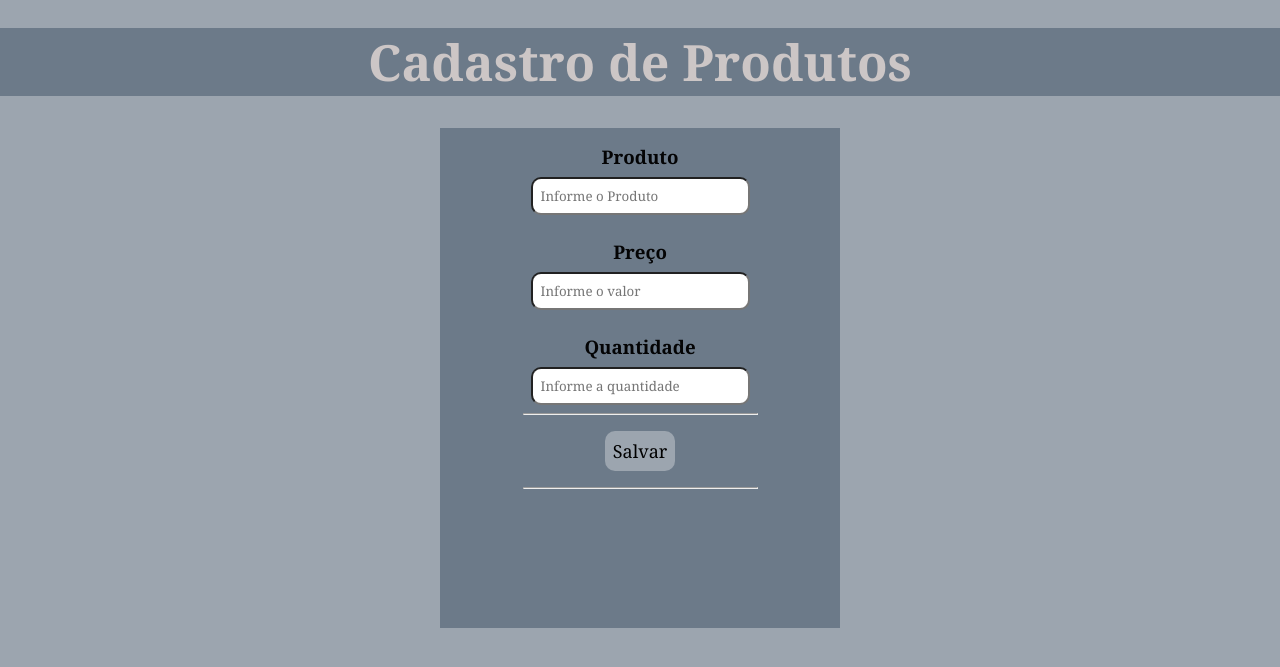
Repository: ArthurKJun/ProjetoCantinaEclipse
Page: http://localhost/arsan/cadastroProduto.jsp
These files come from the project's save history. The page is drawn as it stood at one moment and after the next save; the edit follows.
The browser window is 1280 px wide. The pictures show the whole page.
The page is served by Tomcat 9.

Above is the page before, as saved 2023-11-03 04:13:17.

After the next save:
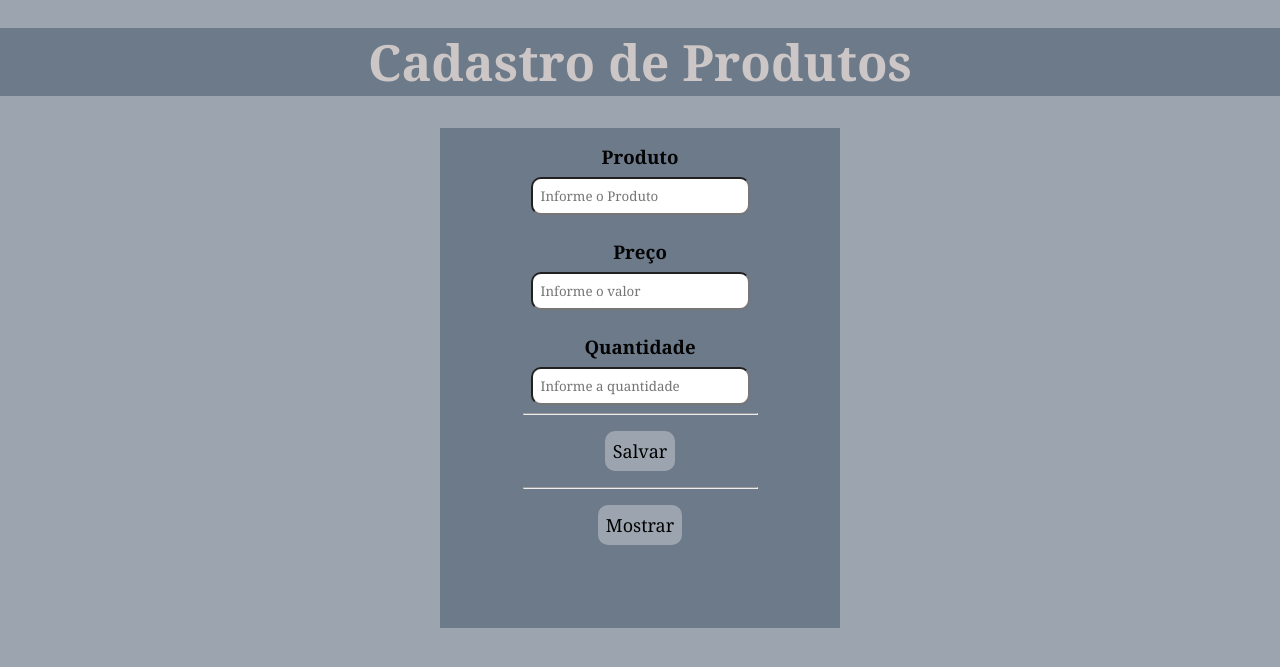
Saved 72 s later.
--- a/arsan/src/main/webapp/cadastroProduto.jsp
+++ b/arsan/src/main/webapp/cadastroProduto.jsp
@@ -39,6 +39,12 @@
 					<hr>
 				</form>
 
+				<input
+						style="padding: 0.5rem; margin: 1rem; font-size: large; background-color: #9ca5af; border: none; border-radius: 10px;"
+						type="button"
+						onclick="document.location.href='<%="showProduto.jsp"%>'"
+						value="Mostrar">
+
 			</div>
 
 		</div>
